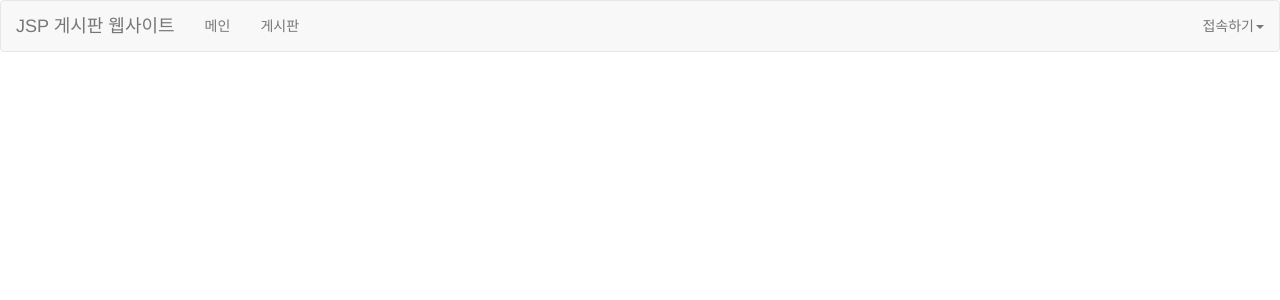
Repository: gyuwanc1/Board_Jsp
Page: http://localhost/BBS/join.jsp
An editor plug-in stored every save of this project. The page is shown before and after the next save, followed by the edit.
The browser window is 1280 px wide. The pictures show the whole page.
Some web libraries are served in a nearby version. The page is served by Tomcat 9.

Above is the page before, as saved 2024-01-16 07:03:43.

After the next save:
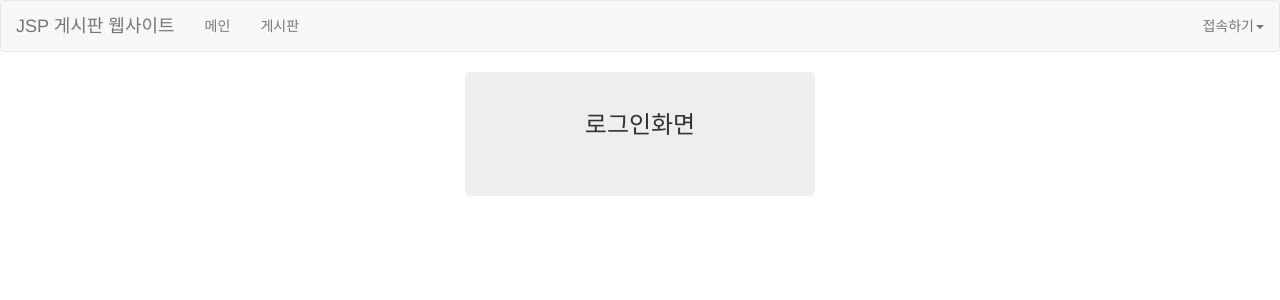
Saved 4 min 3 s later.
--- a/BBS/WebContent/join.jsp
+++ b/BBS/WebContent/join.jsp
@@ -37,9 +37,18 @@
 					</ul>
 				</li>
 			</ul>
-
 		</div>
 	</nav>
+
+	<div class="container">
+		<div class="col-lg-4"></div>
+		<div class="col-lg-4">
+			<div class="jumbotron" style="padding-top:20px;">
+				<form method="post"	action="loginAction.jsp">
+					<h3 style="text-align:center;">로그인화면</h3>
+				</form>
+		</div>
+	</div>
 
 	<script src="https://code.jquery.com/jquery-3.1.1.min.js"></script>
 	<script src="js/bootstrap.js"></script>
